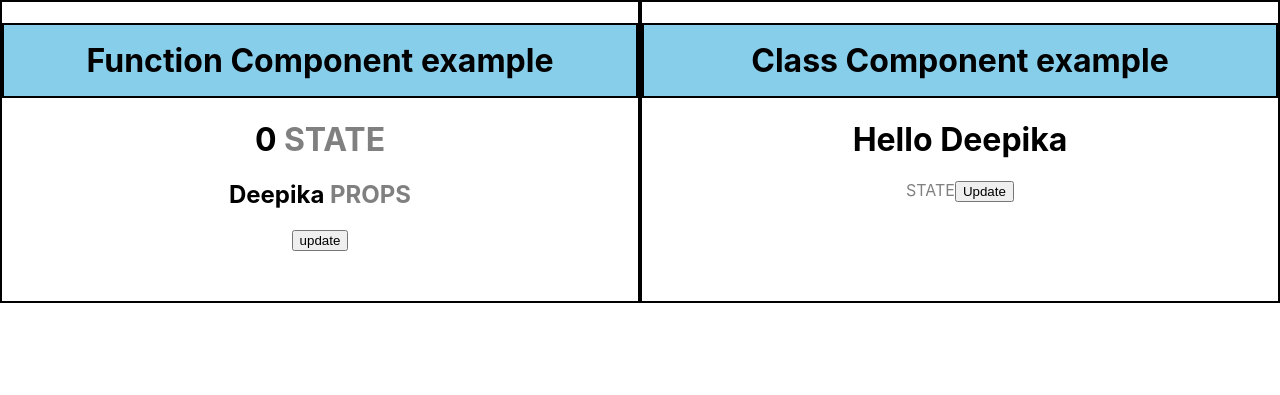
Repository: DeepikaSuretek/React
Page: / (app in practice-app/)
These files come from the project's save history. The page is drawn as it stood at one moment and after the next save; the edit follows.
The browser window is 1280 px wide. The pictures show the whole page.
The project was rebuilt for these pictures with package versions that can differ from the ones it lists, and the page was loaded fresh each time.

Above is the page before, as saved 2024-07-08 20:03:13.

### practice-app/src/App.js
import './App.css';
import User from './class-component/class';
import Fun from './functional-component/function'

function App() {
  return (
    <div className="App" style={{display: "inline-flex",
      width: "100%"}}>
      <div style={{width:"50%",border: "2px solid","padding-bottom": "50px"}}>
        <h1 style={{"background-color": "skyblue","padding": "16px","border": "2px solid"}}>Function Component example</h1>
        <Fun name="Deepika" />
      </div>
      <div style={{width:"50%",border: "2px solid","padding-bottom": "50px"}}>
        <h1 style={{"background-color": "skyblue","padding": "16px","border": "2px solid"}}>Class Component example</h1>
        <User name="Deepika"></User>
        </div>

    </div>
  );
}

export default App;

### practice-app/src/App.css
.App {
  text-align: center;
}

.App-logo {
  height: 40vmin;
  pointer-events: none;
}

@media (prefers-reduced-motion: no-preference) {
  .App-logo {
    animation: App-logo-spin infinite 20s linear;
  }
}

.App-header {
  background-color: #282c34;
  min-height: 100vh;
  display: flex;
  flex-direction: column;
  align-items: center;
  justify-content: center;
  font-size: calc(10px + 2vmin);
  color: white;
}

.App-link {
  color: #61dafb;
}

@keyframes App-logo-spin {
  from {
    transform: rotate(0deg);
  }
  to {
    transform: rotate(360deg);
  }
}

.loader{
  height: 100px;
  width: 100px;
  border: 8px solid;
  border-color: black black black red;
  border-radius: 50%;
  animation: App-logo-spin 2s linear infinite;
}

.highlight{
  color:gray
}

### practice-app/src/class-component/class.js
import { Component } from "react"

class User extends Component{
    constructor(){
        super();
        this.state = {
            data:'Deepika'
        }
    }

    changeData(){
        this.setState({data:"changes"});
    }
    render(){
        return(
           <div><h1>Hello {this.state.data}</h1> <span className="highlight">STATE</span>
           <button onClick={()=>this.changeData()}>Update</button>
           </div>

        )
    }
}

export default User;

### practice-app/src/functional-component/function.js
import { useState } from "react";

function Fun(props) {
    const [count,setCount] = useState(0);
    function updateCount(){
       setCount(count+1);
    }
    return(
        <div>
            <h1>{count} <span className="highlight">STATE</span></h1>
            <h2>{props.name}  <span className="highlight"> PROPS</span></h2>
            <button onClick={updateCount}>update</button>
        </div>

    )
}

export default Fun;

Loaded but not shown: practice-app/public/index.html (common file); practice-app/src/index.js (common file); practice-app/src/index.css (common file); practice-app/src/reportWebVitals.js (common file)

After the next save:
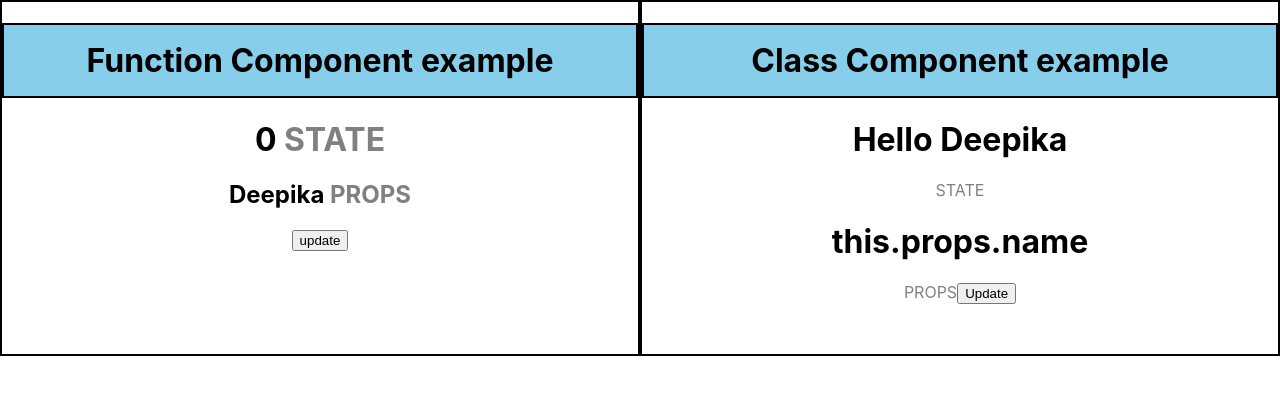
Saved 32 s later.
--- a/practice-app/src/class-component/class.js
+++ b/practice-app/src/class-component/class.js
@@ -14,6 +14,7 @@ class User extends Component{
     render(){
         return(
            <div><h1>Hello {this.state.data}</h1> <span className="highlight">STATE</span>
+           <h1>this.props.name</h1><span className="highlight">PROPS</span>
            <button onClick={()=>this.changeData()}>Update</button>
            </div>
 
